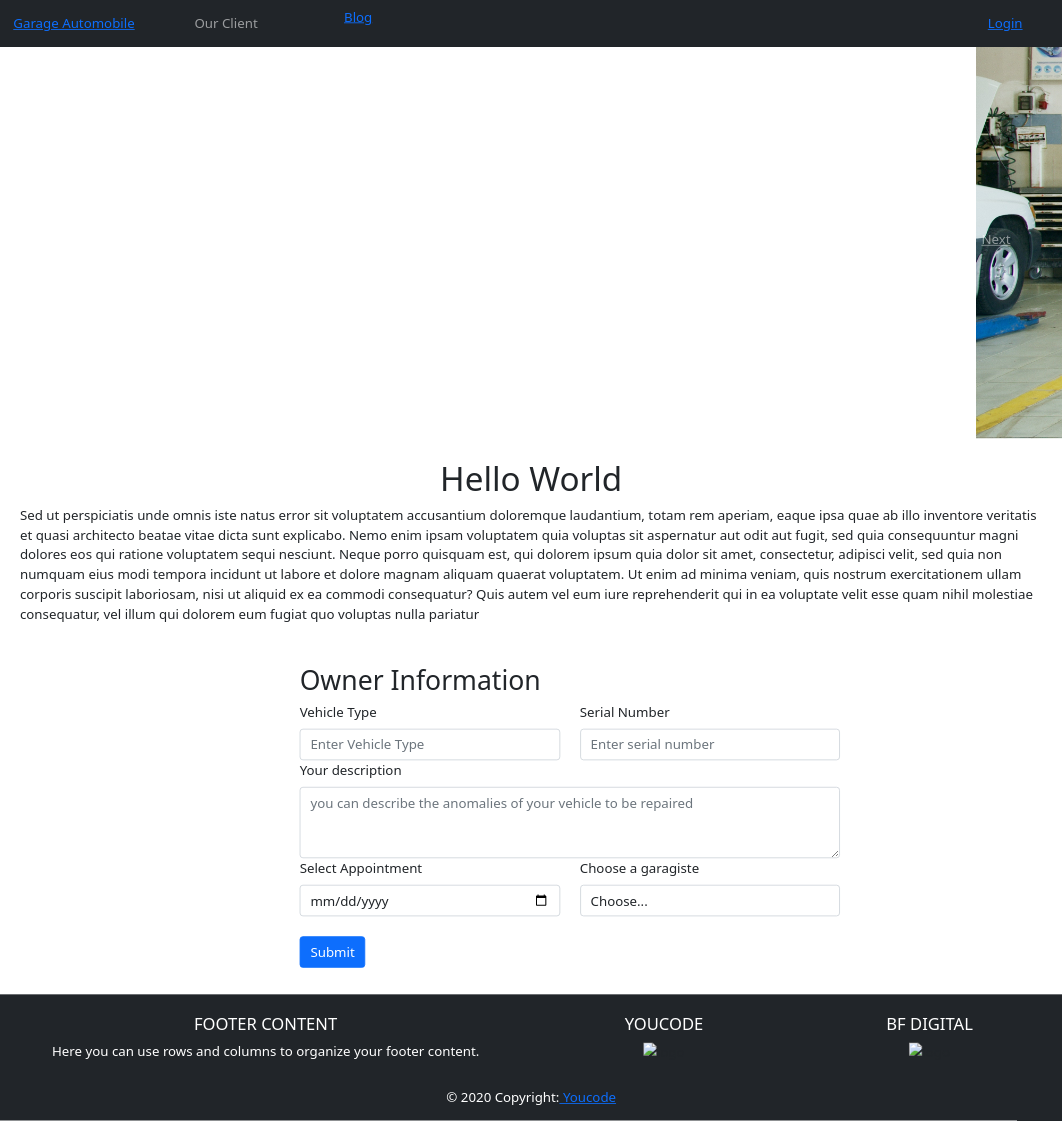
Repository: abdelhak-f/Fil-Rouge
Page: / (app in client/)
The author's editor kept a copy of each file at every save. The page is drawn from the files as they stood at one save, then again after the next save.
The browser window is 1280 px wide. The pictures show the whole page, at 83% of full size.
The project was rebuilt for these pictures with package versions that can differ from the ones it lists, and the page was loaded fresh each time. Also part of the build but not shown: client/src/components/Blog.jsx, client/src/components/forms/FormGarage.jsx, client/src/components/loged/login/Login.jsx, client/src/components/loged/register/Register.jsx.

Above is the page before, as saved 2021-09-12 13:39:23.

### client/public/index.html
<!DOCTYPE html>
<html lang="en">
  <head>
    <meta charset="utf-8" />
    <link rel="icon" href="%PUBLIC_URL%/favicon.ico" />
    <meta name="viewport" content="width=device-width, initial-scale=1" />
    <meta name="theme-color" content="#000000" />
    <meta
      name="description"
      content="Web site created using create-react-app"
    />
    <!--   import bootstrao  -->
    <link
  rel="stylesheet"
  href="https://cdn.jsdelivr.net/npm/bootstrap@5.1.0/dist/css/bootstrap.min.css"
  integrity="sha384-KyZXEAg3QhqLMpG8r+8fhAXLRk2vvoC2f3B09zVXn8CA5QIVfZOJ3BCsw2P0p/We"
  crossorigin="anonymous"
  />

    <link rel="apple-touch-icon" href="%PUBLIC_URL%/logo192.png" />
    <!--
      manifest.json provides metadata used when your web app is installed on a
      user's mobile device or desktop. See https://developers.google.com/web/fundamentals/web-app-manifest/
    -->
    <link rel="manifest" href="%PUBLIC_URL%/manifest.json" />
    <!--
      Notice the use of %PUBLIC_URL% in the tags above.
      It will be replaced with the URL of the `public` folder during the build.
      Only files inside the `public` folder can be referenced from the HTML.

      Unlike "/favicon.ico" or "favicon.ico", "%PUBLIC_URL%/favicon.ico" will
      work correctly both with client-side routing and a non-root public URL.
      Learn how to configure a non-root public URL by running `npm run build`.
    -->
    <title>React App</title>
  </head>
  <body>
    <noscript>You need to enable JavaScript to run this app.</noscript>
    <div id="root"></div>
    <!--
      This HTML file is a template.
      If you open it directly in the browser, you will see an empty page.

      You can add webfonts, meta tags, or analytics to this file.
      The build step will place the bundled scripts into the <body> tag.

      To begin the development, run `npm start` or `yarn start`.
      To create a production bundle, use `npm run build` or `yarn build`.
    -->
  </body>
</html>

### client/src/index.js
import React from 'react';
import ReactDOM from 'react-dom';
import './index.css';
import App from './App';
import reportWebVitals from './reportWebVitals';

// import bootstrap
import 'bootstrap/dist/css/bootstrap.min.css';

ReactDOM.render(
  <React.StrictMode>
    <App />
  </React.StrictMode>,
  document.getElementById('root')
);

// If you want to start measuring performance in your app, pass a function
// to log results (for example: reportWebVitals(console.log))
// or send to an analytics endpoint. Learn more: https://bit.ly/CRA-vitals
reportWebVitals();

### client/src/App.js
// import './App.css';
import React from 'react';

import Navbar from './components/Nnavbar';
import Body from './components/Body';
import Footer from './components/Footer';
import Blog from './components/Blog';
import FormGarage from './components/forms/FormGarage'
import Login from './components/loged/login/Login';
import Register from './components/loged/register/Register';

import { BrowserRouter as Router, Switch, Route } from 'react-router-dom';






function App() {
  return (


    <>
<Router>

     <Navbar />




    <Switch>
    <Route  path="/" exact component={Body} />
    <Route  path="/Blog" component={Blog} />
    <Route  path="/FormGarage" component={FormGarage} />
    <Route  path="/login" component={Login} />
    <Route  path="/register" component={Register} />
    </Switch>

    <Footer/>
</Router>
    </>

  );
}

export default App;

### client/src/components/Nnavbar.jsx
import React from 'react';
import { NavLink } from 'react-router-dom';

import * as ReactBootstrap from 'react-bootstrap';









function Navbar() {
    return(
      <>

            <ReactBootstrap.Navbar className="mb-5" collapseOnSelect expand="lg" bg="dark" variant="dark" fixed="top">

 <NavLink className="mx-3" to="/">Garage Automobile</NavLink>
 <ReactBootstrap.Navbar.Toggle aria-controls="responsive-navbar-nav" />
 <ReactBootstrap.Navbar.Collapse id="responsive-navbar-nav">
   <ReactBootstrap.Nav className="me-auto">
     <ReactBootstrap.Nav.Link className="mx-5" href="#features">Our Client</ReactBootstrap.Nav.Link>
     <NavLink  className="px-5" to="/blog">Blog</NavLink>
     {/* <ReactBootstrap.NavDropdown title="Dropdown" id="collasible-nav-dropdown">
       <ReactBootstrap.NavDropdown.Item href="#action/3.1">Action</ReactBootstrap.NavDropdown.Item>
       <ReactBootstrap.NavDropdown.Item href="#action/3.2">Another action</ReactBootstrap.NavDropdown.Item>
       <ReactBootstrap.NavDropdown.Item href="#action/3.3">Something</ReactBootstrap.NavDropdown.Item>
       <ReactBootstrap.NavDropdown.Divider />
       <ReactBootstrap.NavDropdown.Item href="#action/3.4">Separated link</ReactBootstrap.NavDropdown.Item>
     </ReactBootstrap.NavDropdown> */}
   </ReactBootstrap.Nav>
   <ReactBootstrap.Nav>
     <NavLink  className="px-5"  to="/login"> Login</NavLink>
     {/* <ReactBootstrap.Nav.Link eventKey={2} href="#memes">
       Admin
     </ReactBootstrap.Nav.Link> */}
   </ReactBootstrap.Nav>
 </ReactBootstrap.Navbar.Collapse>

</ReactBootstrap.Navbar>





</>

    )
}

export default Navbar ;

### client/src/components/Body.jsx
import React from 'react';
import Text from './Text';
import FirstFrontForm from './forms/FirstFrontForm';

export default function componentName() {
  return (
    <>
    {/* import the Text */}
    <Text />


     {/* import the first form of client */}
     <FirstFrontForm />

    </>
  );
}

### client/src/components/Footer.jsx
import React from "react";


function Footer () {
    return(
<footer  className="pt-4 page-footer font-small blue bg-dark ">
    <div className="text-center container-fluid text-md-left ">
        <div className="row">
            <div className="mt-3 text-white col-md-6 mt-md-0">
                <h5 className=" text-uppercase">Footer Content</h5>
                <p >Here you can use rows and columns to organize your footer content.</p>
            </div>

            <hr className="clearfix pb-0 w-100 d-md-none"/>

            <div className="mb-3 col-md-3 mb-md-0">
                <h5 className="text-white text-uppercase">Youcode</h5>
                <img src="" alt="logo" width={300} /></div>

            <div className="mb-3 col-md-3 mb-md-0">
                <h5 className="text-white text-uppercase " >BF Digital</h5>
                <img src="" alt="logo" width={300} />
            </div>
        </div>
    </div>

    <div className="py-3 text-center text-white footer-copyright " >© 2020 Copyright:
        <a href="https://www.youcode.ma/"> Youcode</a>
    </div>

</footer>
)

}

export default Footer

### client/src/components/Text.jsx
import React from 'react';
import {Carousel} from 'react-bootstrap';

import image from '../images/image.jpg';
import image1 from '../images/image1.jpg';
import image2 from '../images/image2.jpg';


function Text() {
    return(
      <>
      <Carousel className="mt-5">
  <Carousel.Item>
    <img
      className="d-block w-100"
      src={image}
      alt="First slide"
    />
    <Carousel.Caption>
      <h3>First slide label</h3>
      <p>Nulla vitae elit libero, a pharetra augue mollis interdum.</p>
    </Carousel.Caption>
  </Carousel.Item>
  <Carousel.Item>
    <img
      className="d-block w-100"
      src={image1}
      alt="Second slide"
    />

    <Carousel.Caption>
      <h3>Second slide label</h3>
      <p>Lorem ipsum dolor sit amet, consectetur adipiscing elit.</p>
    </Carousel.Caption>
  </Carousel.Item>
  <Carousel.Item>
    <img
      className="d-block w-100"
      src={image2}
      alt="Third slide"
    />

    <Carousel.Caption>
      <h3>Third slide label</h3>
      <p>Praesent commodo cursus magna, vel scelerisque nisl consectetur.</p>
    </Carousel.Caption>
  </Carousel.Item>
</Carousel>

          <h1 className="mt-4 text-center font-weight-bold">
              Hello World
          </h1>
       <p className="mx-4 text-justify font-weight-normal">
       Sed ut perspiciatis unde omnis iste natus error sit voluptatem accusantium doloremque laudantium, totam rem aperiam, eaque ipsa quae ab illo inventore veritatis et quasi architecto beatae vitae dicta sunt explicabo. Nemo enim ipsam voluptatem quia voluptas sit aspernatur aut odit aut fugit, sed quia consequuntur magni dolores eos qui ratione voluptatem sequi nesciunt. Neque porro quisquam est, qui dolorem ipsum quia dolor sit amet, consectetur, adipisci velit, sed quia non numquam eius modi tempora incidunt ut labore et dolore magnam aliquam quaerat voluptatem. Ut enim ad minima veniam, quis nostrum exercitationem ullam corporis suscipit laboriosam, nisi ut aliquid ex ea commodi consequatur? Quis autem vel eum iure reprehenderit qui in ea voluptate velit esse quam nihil molestiae consequatur, vel illum qui dolorem eum fugiat quo voluptas nulla pariatur
       </p>


       </>

    )
}

export default Text ;

### client/src/components/forms/FirstFrontForm.jsx
import React  from 'react';
import {Form, Container,Jumbotron, Button, Row, Col} from 'react-bootstrap';


 function FirstFrontForm () {
  return (

    <Container className="mt-5 mb-3">

            <Col md={{ span: 7, offset: 3 }}>
              <Jumbotron>
                <Form>
                  <Form.Group>
                    <h2>Owner Information</h2>
                    {/* <Form.Label>Name</Form.Label>
                    <Row>
                      <Col>
                        <Form.Control placeholder="First Name"></Form.Control>
                      </Col>
                      <Col>
                        <Form.Control placeholder="Last Name"></Form.Control>
                      </Col>
                    </Row> */}
                  </Form.Group>
                  {/* <Row>
                    <Form.Group as={Col} controlId="formGridEmail">
                      <Form.Label>Email</Form.Label>
                      <Form.Control type="email" placeholder="Enter Email" />
                    </Form.Group>
                    <Form.Group as={Col} controlId="formGridTel">
                      <Form.Label>Phone</Form.Label>
                      <Form.Control
                        type="telephone"
                        placeholder="Enter Phone Number"
                      />
                    </Form.Group>
                  </Row>
                  <Form.Group controlId="formGridAddress1">
                    <Form.Label>Address</Form.Label>
                    <Form.Control placeholder="1234 Main St" />
                  </Form.Group>

                  <Row>

                    <Form.Group as={Col} controlId="formGridState">
                      <Form.Label>City</Form.Label>
                      <Form.Control as="select">
                        <option>Choose...</option>
                        <option>Youssoufia</option>
                        <option>Safi</option>
                        <option>Marrakech</option>
                        <option>Agadir</option>
                        <option>Casablanca</option>
                        <option>Rabat</option>
                      </Form.Control>
                    </Form.Group>
                    <Form.Group as={Col} controlId="formGridCityZip">
                      <Form.Label>Zip Code</Form.Label>
                      <Form.Control />
                    </Form.Group>
                  </Row> */}
                  <Row>
                    <Form.Group as={Col} controlId="formGridEmail">
                      <Form.Label>Vehicle Type</Form.Label>
                      <Form.Control type="text" placeholder="Enter Vehicle Type" />
                    </Form.Group>
                    <Form.Group as={Col} controlId="formGridTel">
                      <Form.Label>Serial Number</Form.Label>
                      <Form.Control
                        type="number"
                        placeholder="Enter serial number"
                      />
                    </Form.Group>
                  </Row>
                  <Row>
                    <Form.Group className="" controlId="exampleForm.ControlTextarea1">
                      <Form.Label>Your description</Form.Label>
                      <Form.Control as="textarea" rows={3}
                        placeholder="you can describe the anomalies of your vehicle to be repaired"
                      />
                    </Form.Group>
                    <Form.Group as={Col} >
                    <Form.Label>Select Appointment</Form.Label>
                    <Form.Control
                      type="date"
                      // value={date}
                      // onChange={this.setDate}
                    />
                  </Form.Group>
                  <Form.Group as={Col} >
                      <Form.Label>Choose a garagiste</Form.Label>
                      <Form.Control type="text" as="select" >
                       <option>Choose...</option>
                       </Form.Control>

                    </Form.Group>
                  </Row>
                  <br />


                  <Button className="mb-3"
                   variant="primary" type="submit">
                     Submit
                 </Button>

                </Form>
              </Jumbotron>
            </Col>


        </Container>




  );
}

export default FirstFrontForm ;

### client/src/components/css/style.css

.Blog {
    margin-top: 5rem;
    margin-bottom: 5rem;
  }
  .Login{
    margin-top: 5rem;
    margin-bottom: 5rem;
    margin-left: 25%;
    margin-right: 25%;
  }

  .form-inline {
      margin-top:  5%;
      width: 80%;
      height: 5%;
  }
  .btn{
      margin-bottom: 23%;
  }

  .owner{
      margin-top: 5rem;
  }

Loaded but not shown: client/src/index.css (common file); client/src/reportWebVitals.js (common file)

After the next save:
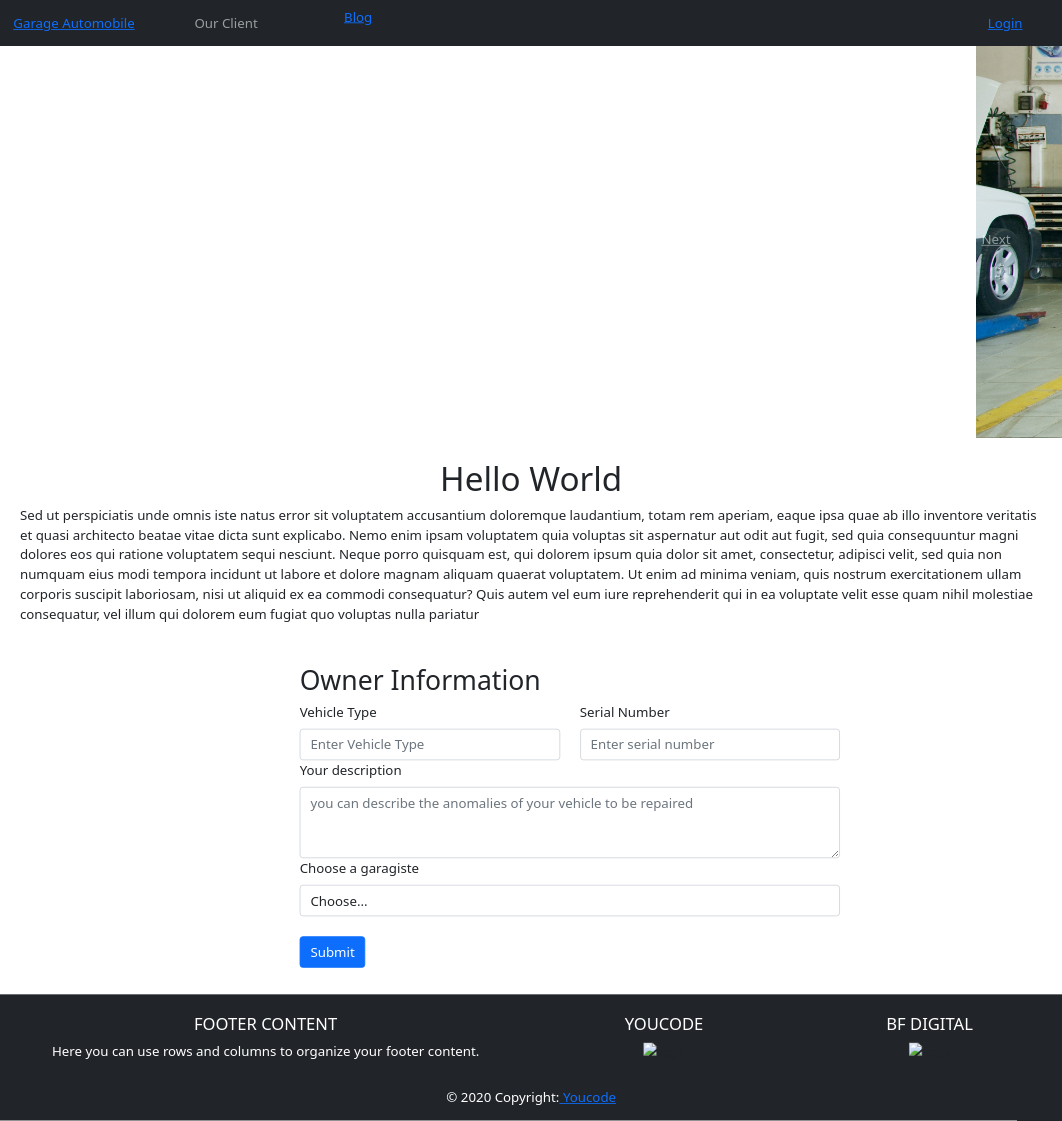
Saved 35 s later.
--- a/client/src/components/forms/FirstFrontForm.jsx
+++ b/client/src/components/forms/FirstFrontForm.jsx
@@ -79,14 +79,7 @@ import {Form, Container,Jumbotron, Button, Row, Col} from 'react-bootstrap';
                         placeholder="you can describe the anomalies of your vehicle to be repaired"
                       />
                     </Form.Group>
-                    <Form.Group as={Col} >
-                    <Form.Label>Select Appointment</Form.Label>
-                    <Form.Control
-                      type="date"
-                      // value={date}
-                      // onChange={this.setDate}
-                    />
-                  </Form.Group>
+
                   <Form.Group as={Col} >
                       <Form.Label>Choose a garagiste</Form.Label>
                       <Form.Control type="text" as="select" >
